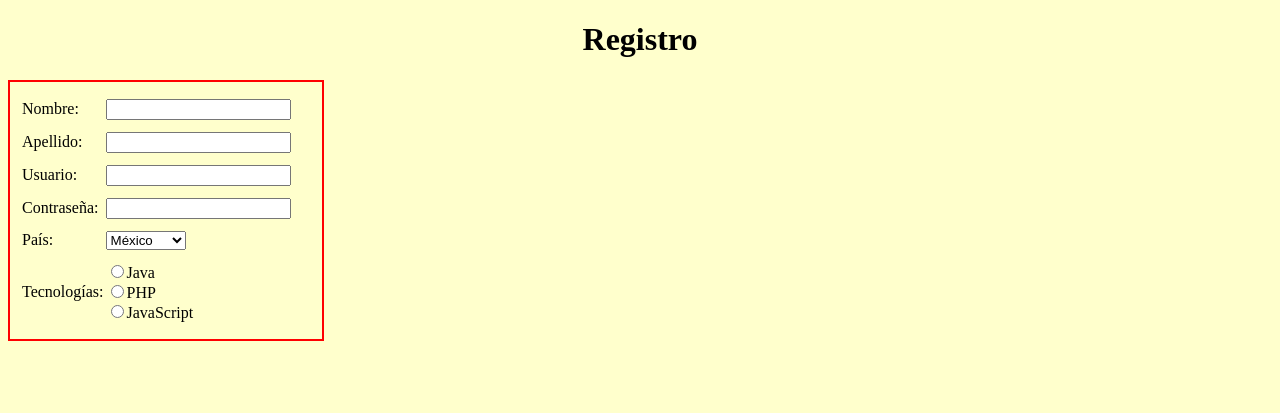
Repository: jchemile/varios
Page: pildoras_informaticas/javaee/Primeros_pasos_JSP/WebContent/Formuario_Login.html
These files come from the project's save history. The page is drawn as it stood at one moment and after the next save; the edit follows.
The browser window is 1280 px wide. The pictures show the whole page.

Above is the page before, as saved 2020-04-20 05:38:38.

After the next save:
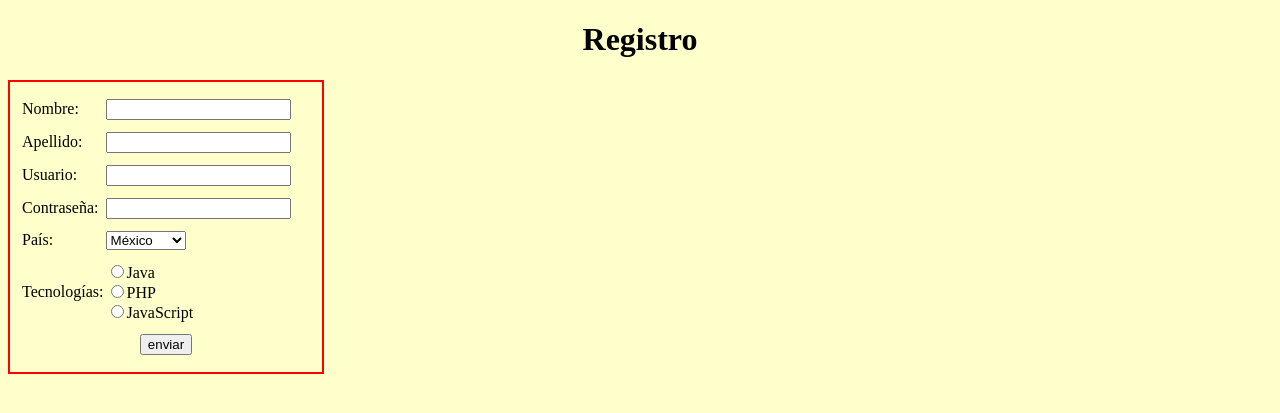
Saved 104 s later.
--- a/pildoras_informaticas/javaee/Primeros_pasos_JSP/WebContent/Formuario_Login.html
+++ b/pildoras_informaticas/javaee/Primeros_pasos_JSP/WebContent/Formuario_Login.html
@@ -73,10 +73,14 @@ td{
 
 			<label>
 			<input type = "radio" name="tecnologias" value="JavaScript" id="tecnologia_2">JavaScript
-			</label> <br>
-
+			</label>
 		</td>
 	</tr>
+
+	<tr>
+		<td colspan="2" align="center"><input type = "submit" name = "button" id = "button" value = "enviar"></td>
+	</tr>
+
 	</table>
 
 </form>
